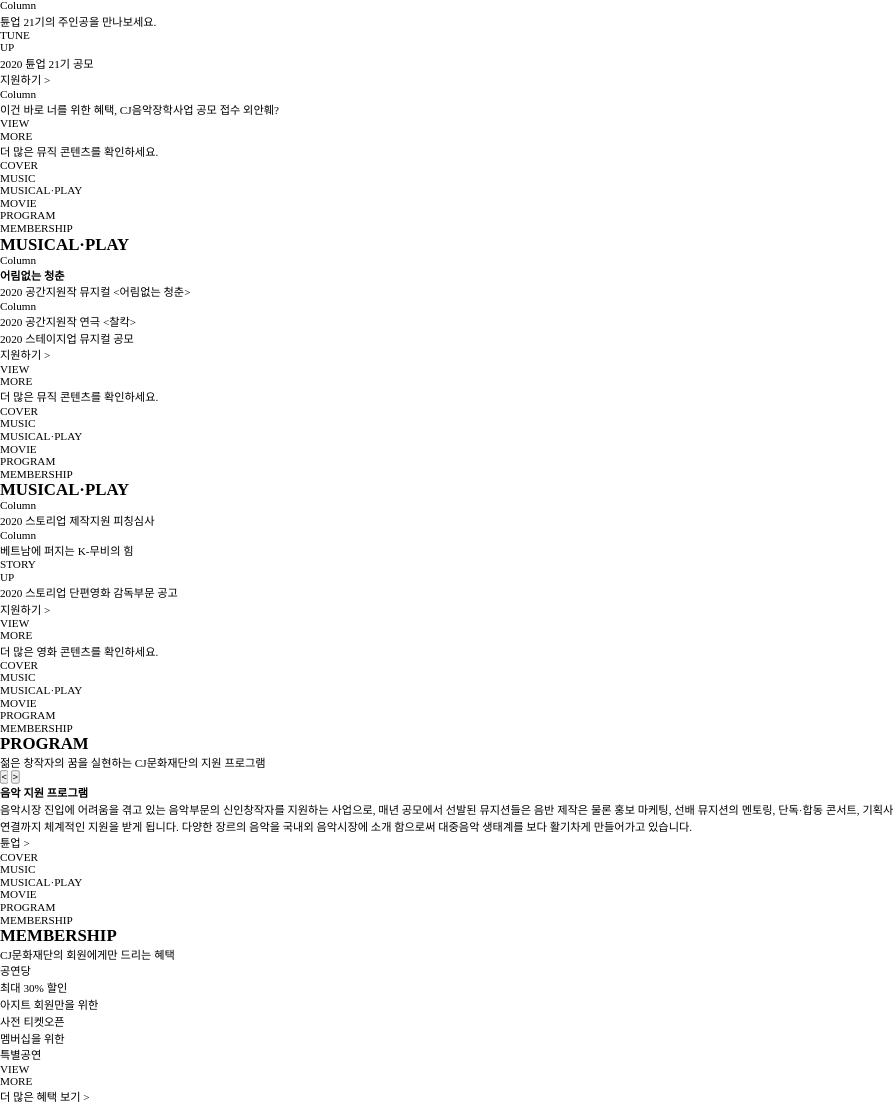
Repository: godcl1623/Tutorials
Page: 습작/CJazit/cjazit-index.html
The author's editor kept a copy of each file at every save. The page is drawn from the files as they stood at one save, then again after the next save.
The browser window is 1280 px wide. The pictures show the part of the page from y = 979 to 2899 px (the page is 2557 px tall before and 2899 px after), at 70% of full size.
Some web libraries are served in a nearby version.

Above is the page before, as saved 2021-01-12 22:34:47.

After the next save:
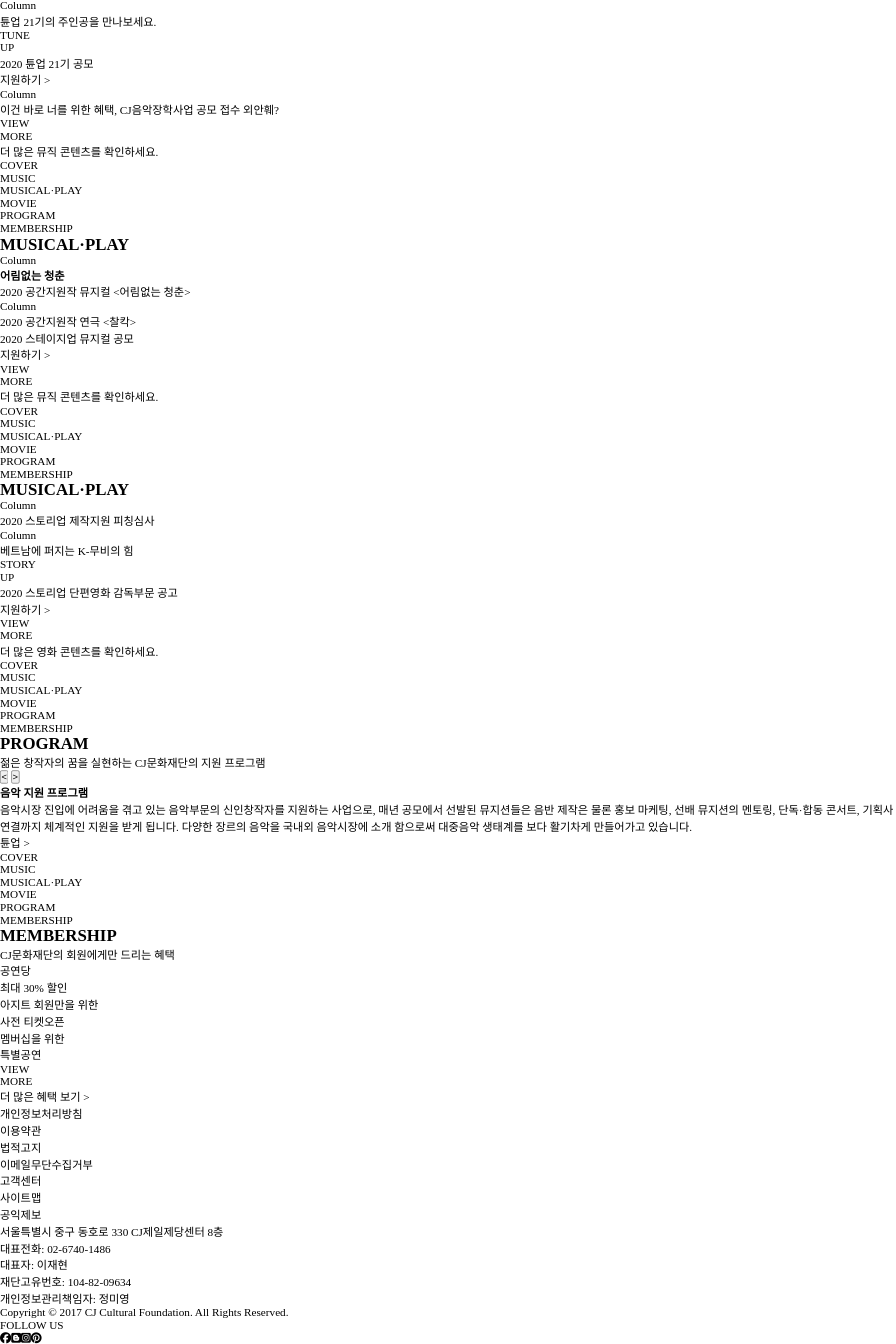
Saved 10 min 58 s later.
--- a/습작/CJazit/cjazit-index.html
+++ b/습작/CJazit/cjazit-index.html
@@ -267,7 +267,33 @@
     </div>
   </article>
   <footer>
-
+    <div class="sitemap">
+      <p>개인정보처리방침</p>
+      <p>이용약관</p>
+      <p>법적고지</p>
+      <p>이메일무단수집거부</p>
+      <p>고객센터</p>
+      <p>사이트맵</p>
+      <p>공익제보</p>
+    </div>
+    <div class="company-info">
+      <div>
+        <p>서울특별시 중구 동호로 330 CJ제일제당센터 8층</p>
+        <p>대표전화: 02-6740-1486</p>
+      </div>
+      <div>
+        <p>대표자: 이재현</p>
+        <p>재단고유번호: 104-82-09634</p>
+        <p>개인정보관리책임자: 정미영</p>
+      </div>
+      <div>
+        <p>Copyright © 2017 CJ Cultural Foundation. All Rights Reserved.</p>
+      </div>
+    </div>
+    <div class="sns-follow">
+      <p>FOLLOW US</p>
+      <div><i class="fab fa-facebook"></i><i class="fab fa-blogger"></i><i class="fab fa-instagram-square"></i><i class="fab fa-pinterest"></i></div>
+    </div>
   </footer>
 </body>
 </html>
